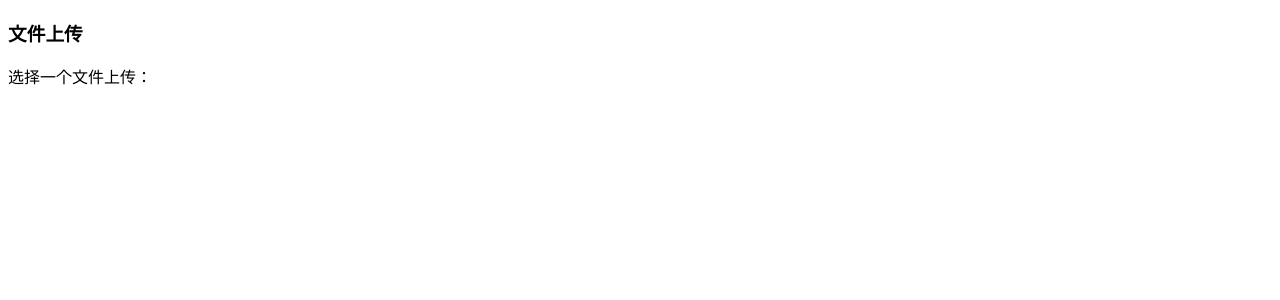
Repository: leotony46/echart
Page: nodejs/Node.js工具模块/index_send.html
These files come from the project's save history. The page is drawn as it stood at one moment and after the next save; the edit follows.
The browser window is 1280 px wide. The pictures show the whole page.

Above is the page before, as saved 2021-01-15 16:18:44.

After the next save:
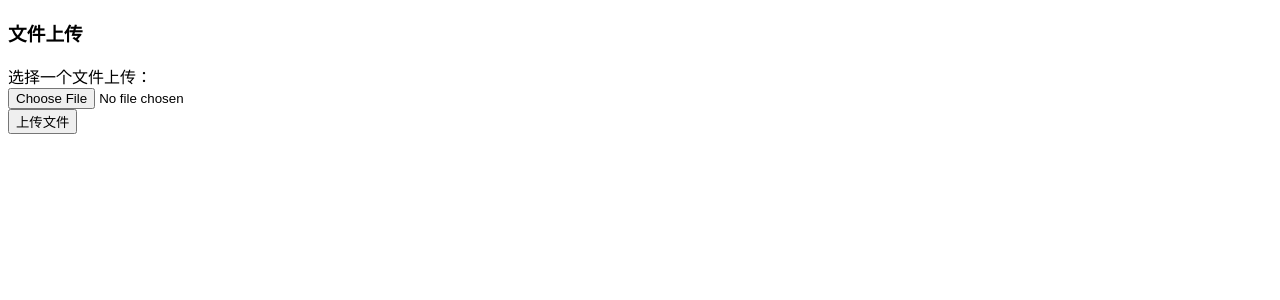
Saved 5 min 55 s later.
--- a/nodejs/Node.js工具模块/index_send.html
+++ b/nodejs/Node.js工具模块/index_send.html
@@ -7,6 +7,8 @@
         <h3>文件上传</h3>
         选择一个文件上传：<br/>
         <form action="/file_upload" method="post" enctype="multipart/form-data">
+            <input type="file" name="image" size="50"><br>
+            <input type="submit" value="上传文件"><br>
         </form>
     </body>
 </html>
